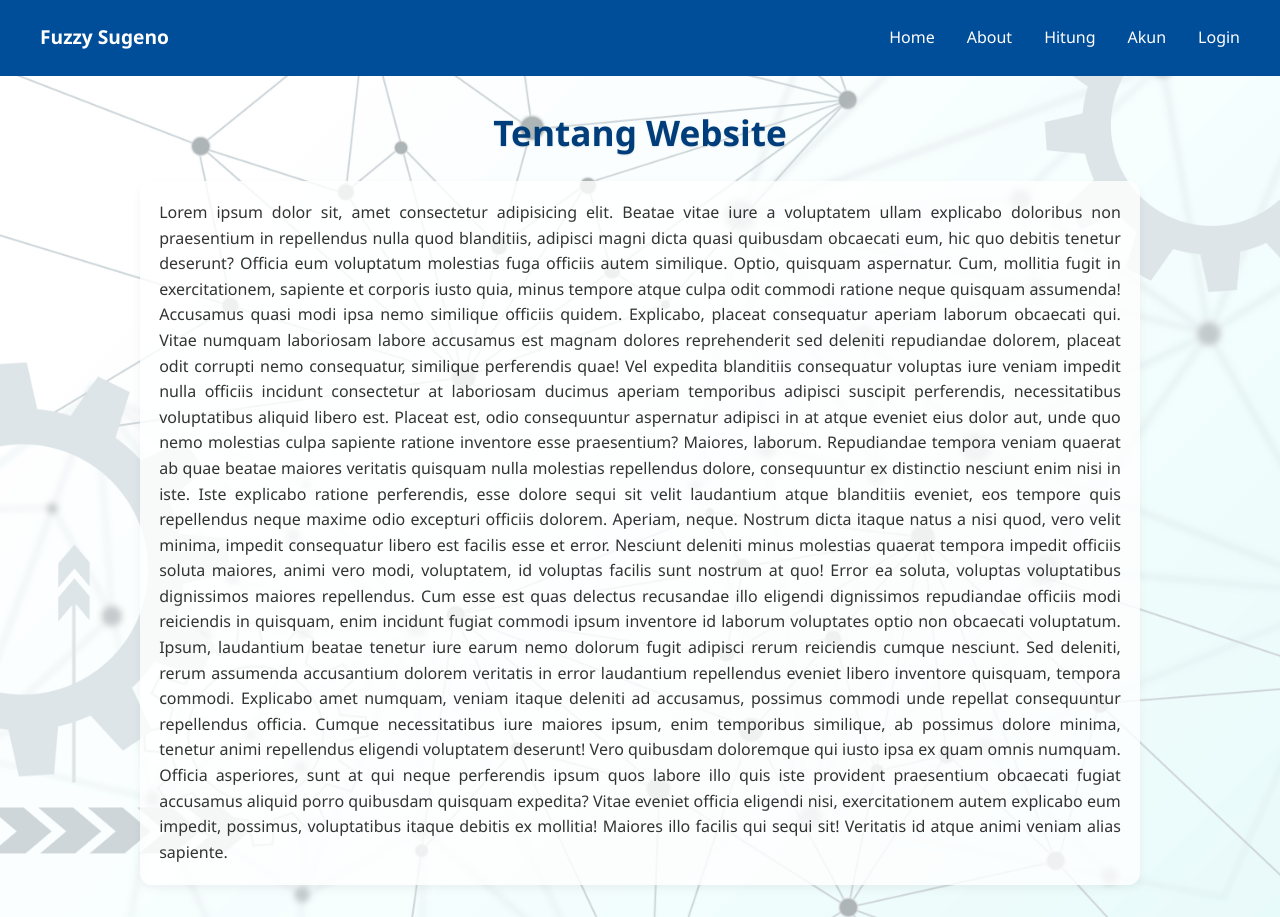
Repository: Senicccc/Defuzzy-Sugeno
Page: http://localhost/php/about.php
The author's editor kept a copy of each file at every save. The page is drawn from the files as they stood at one save, then again after the next save.
The browser window is 1280 px wide. The pictures show the whole page.
The page is run by PHP 8.4 with error messages shown; the project is at /var/www/html/.

Above is the page before, as saved 2025-06-09 11:21:04.

### php/about.php
<!DOCTYPE html>
<html lang="id">

<head>
    <meta charset="UTF-8" />
    <meta name="viewport" content="width=device-width, initial-scale=1.0" />
    <title>Fuzzy Sugeno - About</title>
    <link rel="icon" href="img/favicon.png" type="image/png">
    <link rel="stylesheet" href="../css/about.css">
</head>

<body>

    <?php
    require_once 'header.php';
    ?>

    <section class="hero" style="background: url('img/menu-bg.jpg') center center/cover no-repeat;">
        <h1>Tentang Website</h1>
        <p>Lorem ipsum dolor sit, amet consectetur adipisicing elit. Beatae vitae iure a voluptatem ullam explicabo
            doloribus non praesentium in repellendus nulla quod blanditiis, adipisci magni dicta quasi quibusdam
            obcaecati eum, hic quo debitis tenetur deserunt? Officia eum voluptatum molestias fuga officiis autem
            similique. Optio, quisquam aspernatur. Cum, mollitia fugit in exercitationem, sapiente et corporis iusto
            quia, minus tempore atque culpa odit commodi ratione neque quisquam assumenda! Accusamus quasi modi ipsa
            nemo similique officiis quidem. Explicabo, placeat consequatur aperiam laborum obcaecati qui. Vitae numquam
            laboriosam labore accusamus est magnam dolores reprehenderit sed deleniti repudiandae dolorem, placeat odit
            corrupti nemo consequatur, similique perferendis quae! Vel expedita blanditiis consequatur voluptas iure
            veniam impedit nulla officiis incidunt consectetur at laboriosam ducimus aperiam temporibus adipisci
            suscipit perferendis, necessitatibus voluptatibus aliquid libero est. Placeat est, odio consequuntur
            aspernatur adipisci in at atque eveniet eius dolor aut, unde quo nemo molestias culpa sapiente ratione
            inventore esse praesentium? Maiores, laborum. Repudiandae tempora veniam quaerat ab quae beatae maiores
            veritatis quisquam nulla molestias repellendus dolore, consequuntur ex distinctio nesciunt enim nisi in
            iste. Iste explicabo ratione perferendis, esse dolore sequi sit velit laudantium atque blanditiis eveniet,
            eos tempore quis repellendus neque maxime odio excepturi officiis dolorem. Aperiam, neque. Nostrum dicta
            itaque natus a nisi quod, vero velit minima, impedit consequatur libero est facilis esse et error. Nesciunt
            deleniti minus molestias quaerat tempora impedit officiis soluta maiores, animi vero modi, voluptatem, id
            voluptas facilis sunt nostrum at quo! Error ea soluta, voluptas voluptatibus dignissimos maiores
            repellendus. Cum esse est quas delectus recusandae illo eligendi dignissimos repudiandae officiis modi
            reiciendis in quisquam, enim incidunt fugiat commodi ipsum inventore id laborum voluptates optio non
            obcaecati voluptatum. Ipsum, laudantium beatae tenetur iure earum nemo dolorum fugit adipisci rerum
            reiciendis cumque nesciunt. Sed deleniti, rerum assumenda accusantium dolorem veritatis in error laudantium
            repellendus eveniet libero inventore quisquam, tempora commodi. Explicabo amet numquam, veniam itaque
            deleniti ad accusamus, possimus commodi unde repellat consequuntur repellendus officia. Cumque
            necessitatibus iure maiores ipsum, enim temporibus similique, ab possimus dolore minima, tenetur animi
            repellendus eligendi voluptatem deserunt! Vero quibusdam doloremque qui iusto ipsa ex quam omnis numquam.
            Officia asperiores, sunt at qui neque perferendis ipsum quos labore illo quis iste provident praesentium
            obcaecati fugiat accusamus aliquid porro quibusdam quisquam expedita? Vitae eveniet officia eligendi nisi,
            exercitationem autem explicabo eum impedit, possimus, voluptatibus itaque debitis ex mollitia! Maiores illo
            facilis qui sequi sit! Veritatis id atque animi veniam alias sapiente.</p>
    </section>

</body>

</html>

### php/header.php
<!DOCTYPE html>
<html lang="id">

<head>
    <meta charset="UTF-8" />
    <meta name="viewport" content="width=device-width, initial-scale=1.0" />
    <title>Fuzzy Sugeno - Produksi</title>
    <link rel="stylesheet" href="https://cdnjs.cloudflare.com/ajax/libs/font-awesome/6.0.0/css/all.min.css">

    <style>
    * {
        margin: 0;
        padding: 0;
        box-sizing: border-box;
        font-family: 'Segoe UI', Tahoma, Geneva, Verdana, sans-serif;
    }

    body {
        background: #f0f4f8;
        color: #333;
    }

    nav {
        background-color: #004d99;
        position: sticky;
        top: 0;
        z-index: 1000;
        padding: 1.4rem 2.4rem;
    }

    .nav-container {
        display: flex;
        justify-content: space-between;
        align-items: center;
        max-width: 1200px;
        margin: 0 auto;
        flex-wrap: wrap;
    }

    .logo {
        color: white;
        font-weight: 800;
        font-size: larger;
    }

    .nav-links {
        display: flex;
        gap: 2rem;
    }

    .nav-links a {
        text-decoration: none;
        color: white;
        font-weight: 500;
        font-size: 1rem;
        transition: color 0.3s;
    }

    .nav-links a:hover {
        color: #ffcc00;
    }

    .burger {
        display: none;
        font-size: 1.5rem;
        color: white;
        cursor: pointer;
        padding: 0.5rem;
    }

    @media (max-width: 768px) {
        .nav-links {
            display: none;
            flex-direction: column;
            background-color: #004d99;
            width: 100%;
            text-align: center;
            margin-top: 1rem;
            padding-bottom: 1rem;
            gap: 1rem;
            order: 1;
        }

        .nav-links.active {
            display: flex;
        }

        .burger {
            display: block;
            margin-left: auto;
        }

        nav {
            padding: 0.75rem 1.5rem;
        }
    }
    </style>
</head>

<body>

    <nav>
        <div class="nav-container">
            <div class="logo">Fuzzy Sugeno</div>
            <div class="burger" id="burger"><i class="fas fa-bars"></i></div>
            <div class="nav-links" id="navLinks">
                <a href="../index.php">Home</a>
                <a href="about.php">About</a>
                <a href="form.php">Hitung</a>
                <a href="account.php">Akun</a>
                <?php if (isset($_SESSION['user_id'])): ?>
                <a href="logout.php">Logout</a>
                <?php else: ?>
                <a href="login.php">Login</a>
                <?php endif; ?>
            </div>
        </div>
    </nav>

    <script>
    const burger = document.getElementById('burger');
    const navLinks = document.getElementById('navLinks');

    burger.addEventListener('click', () => {
        navLinks.classList.toggle('active');
    });
    </script>

</body>

</html>

### css/about.css
/* Reset dan Font */
* {
  margin: 0;
  padding: 0;
  box-sizing: border-box;
  font-family: "Segoe UI", Tahoma, Geneva, Verdana, sans-serif;
}

/* Body */
body {
  background: linear-gradient(135deg, #ffffff 0%, #f5f5f5 100%);
  color: #333;
  min-height: 100vh;
  line-height: 1.6;
}

/* Hero Section */
.hero {
  position: relative;
  display: flex;
  flex-direction: column;
  justify-content: center;
  align-items: center;
  text-align: justify;
  min-height: calc(100vh - 80px);
  padding: 2rem;
  background-blend-mode: overlay;
  background-color: rgba(
    255,
    255,
    255,
    0.9
  ); /* semi-transparan agar tulisan tetap jelas */
  background-image: url("../img/menu-bg.jpg"),
    radial-gradient(
      circle at 10% 20%,
      rgba(0, 77, 153, 0.04) 0%,
      transparent 20%
    ),
    radial-gradient(
      circle at 90% 80%,
      rgba(0, 77, 153, 0.04) 0%,
      transparent 20%
    );
  background-size: cover;
  background-position: center;
  backdrop-filter: blur(2px);
  box-shadow: inset 0 0 0 2000px rgba(255, 255, 255, 0.2);
}

/* Judul */
.hero h1 {
  font-size: 2.2rem;
  font-weight: 800;
  color: #003e7b;
  margin-bottom: 1.5rem;
  max-width: 900px;
  line-height: 1.4;
  text-shadow: 0 1px 2px rgba(0, 0, 0, 0.1);
}

/* Paragraf */
.hero p {
  max-width: 1000px;
  font-size: 1rem;
  color: #333;
  background-color: rgba(255, 255, 255, 0.8);
  padding: 1.2rem;
  border-radius: 12px;
  box-shadow: 0 4px 10px rgba(0, 0, 0, 0.05);
}

/* Responsif */
@media (max-width: 768px) {
  .hero {
    padding: 1.5rem 1rem;
    min-height: calc(100vh - 60px);
  }

  .hero h1 {
    font-size: 1.6rem;
    text-align: center;
  }

  .hero p {
    font-size: 0.95rem;
    padding: 1rem;
  }
}

@media (max-width: 480px) {
  .hero h1 {
    font-size: 1.3rem;
  }

  .hero p {
    font-size: 0.9rem;
    padding: 0.8rem;
  }
}

/* Animasi Muncul */
@keyframes fadeIn {
  from {
    opacity: 0;
    transform: translateY(20px);
  }
  to {
    opacity: 1;
    transform: translateY(0);
  }
}

.hero {
  animation: fadeIn 0.8s ease-out forwards;
}

After the next save:
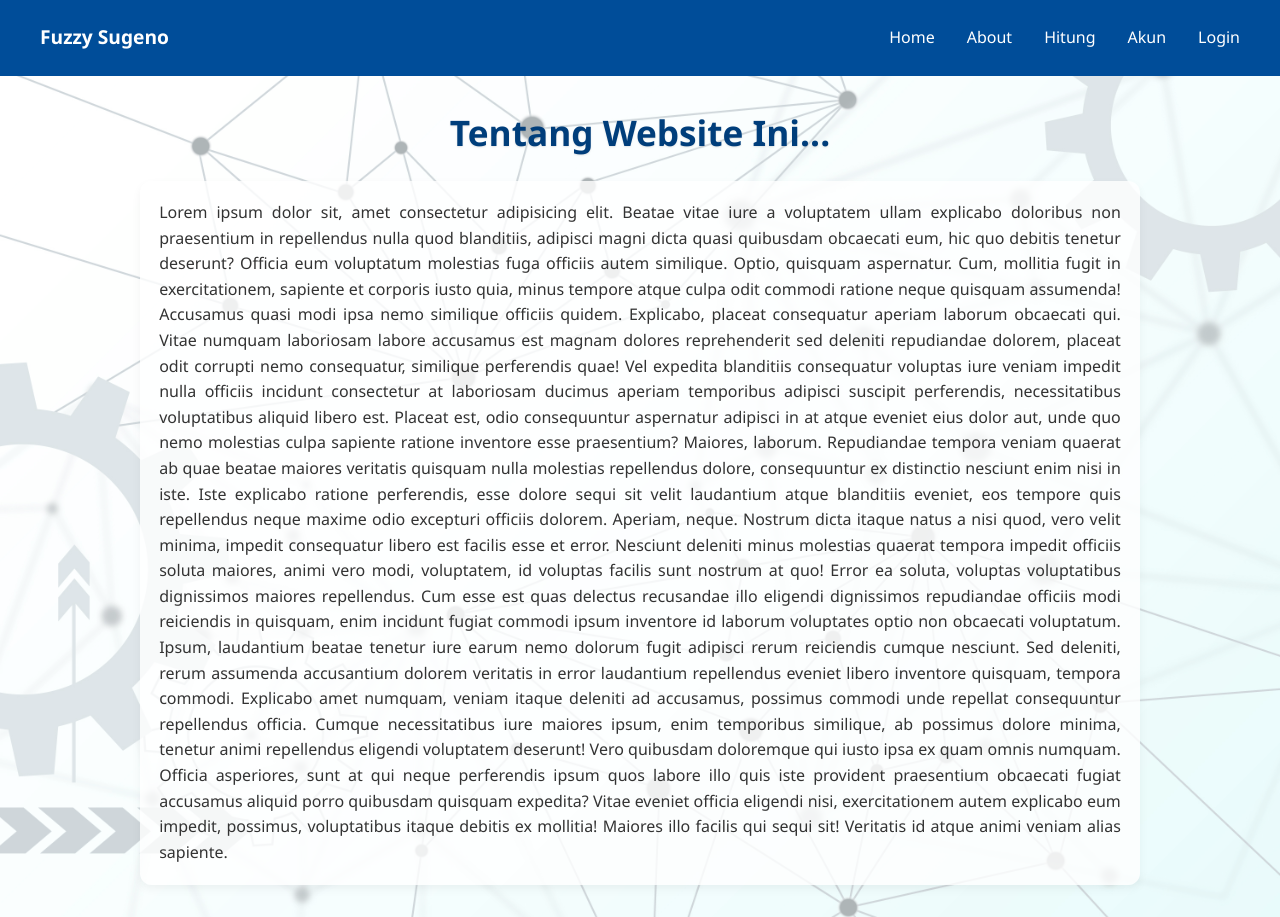
Saved 4 s later.
--- a/php/about.php
+++ b/php/about.php
@@ -16,7 +16,7 @@
     ?>
 
     <section class="hero" style="background: url('img/menu-bg.jpg') center center/cover no-repeat;">
-        <h1>Tentang Website</h1>
+        <h1>Tentang Website Ini...</h1>
         <p>Lorem ipsum dolor sit, amet consectetur adipisicing elit. Beatae vitae iure a voluptatem ullam explicabo
             doloribus non praesentium in repellendus nulla quod blanditiis, adipisci magni dicta quasi quibusdam
             obcaecati eum, hic quo debitis tenetur deserunt? Officia eum voluptatum molestias fuga officiis autem
